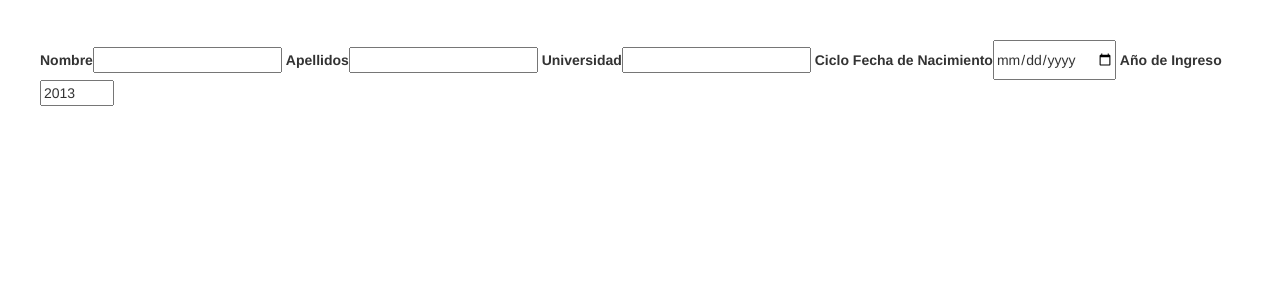
Repository: yoshitomimaehara/sdpa
Page: http://localhost/Sistema_de_Pruebas_Academicas/alumno_insertar.jsp
The author's editor kept a copy of each file at every save. The page is drawn from the files as they stood at one save, then again after the next save.
The browser window is 1280 px wide. The pictures show the whole page.
The page is served by Tomcat 9.

Above is the page before, as saved 2013-10-06 19:50:17.
Console error: TypeError: $(...).alert is not a function

After the next save:
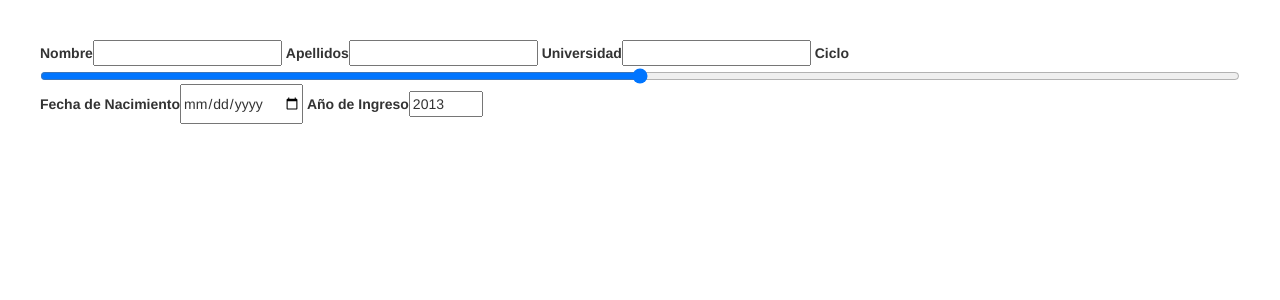
Saved 36 s later.
--- a/Web/Sistema de Pruebas Academicas/Sistema de Pruebas Academicas/WebContent/alumno_insertar.jsp
+++ b/Web/Sistema de Pruebas Academicas/Sistema de Pruebas Academicas/WebContent/alumno_insertar.jsp
@@ -15,7 +15,7 @@
 		<label>Nombre</label><input type="text" />
 		<label>Apellidos</label><input type="text"/>
 		<label>Universidad</label><input type="text"/>
-		<label>Ciclo</label>
+		<label>Ciclo</label><input type="range"/>
 		<label>Fecha de Nacimiento</label><input type="date"/>
 		<label>Año de Ingreso</label><input type="number" min="2000" max="2013" value="2013">
 	</form>
